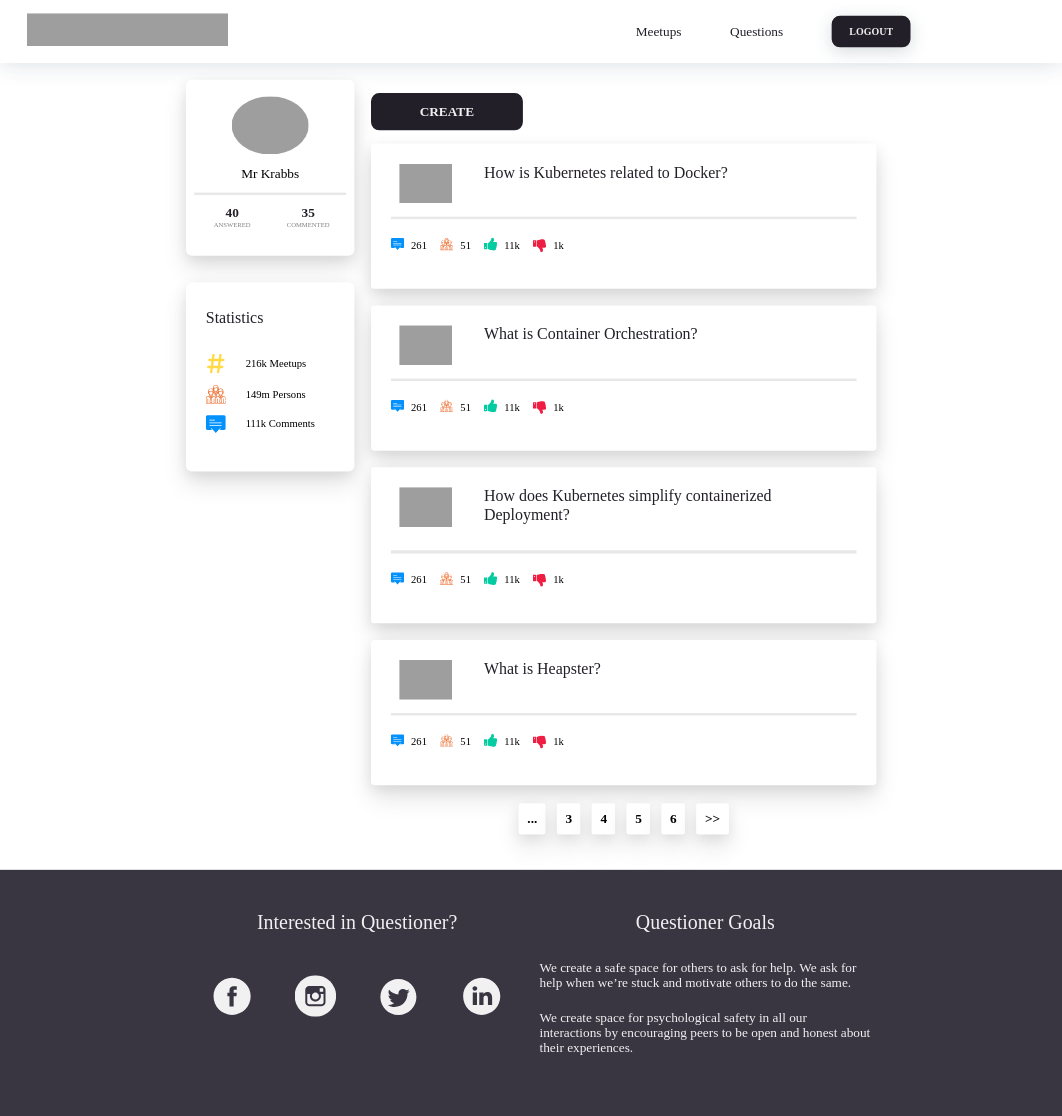
Repository: Gfreedoms/Epic-Mail
Page: pages/admin/profile.html
These files come from the project's save history. The page is drawn as it stood at one moment and after the next save; the edit follows.
The browser window is 1280 px wide. The pictures show the whole page, at 83% of full size.
Pictures or frames that could not be fetched are drawn as grey boxes. Some web fonts or font styles are not loaded; a fallback is used.

Above is the page before, as saved 2019-02-21 23:58:47.

### pages/admin/profile.html
<!DOCTYPE html>
<html lang="en">

<head>
	<meta charset="UTF-8">
	<meta name="viewport" content="width=device-width, initial-scale=1.0">
	<meta http-equiv="X-UA-Compatible" content="ie=edge">
	<link rel="apple-touch-icon" sizes="180x180" href="../../assets/favicon/apple-touch-icon.png">
	<link rel="icon" type="image/png" sizes="32x32" href="../../assets/favicon/favicon-32x32.png">
	<link rel="icon" type="image/png" sizes="16x16" href="../../assets/favicon/favicon-16x16.png">
	<link rel="manifest" href="../../assets/favicon/site.webmanifest">
	<link rel="mask-icon" href="../../assets/favicon/safari-pinned-tab.svg" color="#5bbad5">
	<meta name="msapplication-TileColor" content="#da532c">
	<meta name="theme-color" content="#ffffff">
	<link rel="stylesheet" href="../../styles/base.css">
	<link rel="stylesheet" href="../../styles/format.css">
	<link rel="stylesheet" href="../../styles/profile.css">
	<link rel="stylesheet" href="../../styles/admin.css">
	<title>Admin Profile | QUESTIONER - ANDELA BOOTCAMP</title>
</head>

<body>
	<!-- Navigation Section Starts -->
	<section id="navigation">
		<nav class="navbar">
			<a href="../../" id="nav-brand">
				<img src="../../assets/imgs/logo.svg" alt="">
			</a>
			<ul class="nav-menu">
				<li class="visibility"><a class="hover-t" href="./login.html">Login</a></li>
				<li><a class="hover-t" href="./meetup.html">Meetups</a></li>
				<li><a class="hover-t" href="../questions.html">Questions</a></li>
				<li><a class="reg-btn box-sh-dark hover-lg" href="../../">Logout</a></li>
			</ul>
			<a id="menu" href="">
				<img src="../../assets/imgs/menu.svg" alt="">
			</a>
		</nav>
	</section>
	<!-- Navigation Section Ends -->

	<!-- SideBar Nav -->
	<ul id="sidebar" class="navbar-side side-hidden">
		<li><a href="../meetup.html">Meetups</a></li>
		<li><a href="../questions.html">Questions</a></li>
		<li><a class="" href="../../">Logout</a></li>
	</ul>

	<div class="container">
		<div id="v-wrapper">
			<div class="meta-wrapper">
				<div class="profile card">
					<img class="img mauto" src="https://issagoal.com.ng/wp-content/uploads/2019/01/admin.png" alt="">
					<div class="bio">
						<h3 class="username sm-text">Mr Krabbs</h3>
						<div class="hide-lg stats m1">
							<span>
								<h3 class="sm-text">40</h3>
								Answers
							</span>
							<span>
								<h3 class="sm-text">35</h3>
								Comments
							</span>
						</div>
					</div>
					<div class="divider"></div>
					<div class="hide-sm stats m1">
						<span>
							<h3 class="sm-text">40</h3>
							Answered
						</span>
						<span>
							<h3 class="sm-text">35</h3>
							Commented
						</span>
					</div>
				</div>
				<div class="side">
					<div class="content card">
						<h3 class="md-text">Statistics</h3>
						<ul class="list-items">
							<li>
								<img src="../../assets/imgs/icons/hastag.svg" alt="">
								<span>216k Meetups</span>
							</li>
							<li>
								<img src="../../assets/imgs/icons/people.svg" alt="">
								<span>149m Persons</span>
							</li>
							<li>
								<img src="../../assets/imgs/icons/comment.svg" alt="">
								<span>111k Comments</span>
							</li>
						</ul>
					</div>
				</div>
			</div>
			<div class="meetups">
				<div class="intro">
					<a href="../create-meetup.html" class="btn">Create</a>
				</div>
				<div class="questions card-lg hover-lg">
					<div class="content pall-1">
						<div class="q-title">
							<img class="img mauto" height="2rem" src="https://issagoal.com.ng/wp-content/uploads/2019/01/user4.png" alt="">
							<div class="meta">
								<h3 class="md-text title">How is Kubernetes related to Docker?</h3>
							</div>
						</div>
						<div class="divider"></div>
						<div class="q-actions">
							<span>
								<a><img src="../../assets/imgs/icons/comment.svg" alt=""></a>
								261
							</span>
							<span>
								<a><img src="../../assets/imgs/icons/people.svg" alt=""></a>
								51
							</span>
							<span>
								<a><img src="../../assets/imgs/icons/upvote.svg" alt=""></a>
								11k
							</span>
							<span>
								<a><img src="../../assets/imgs/icons/downvote.svg" alt=""></a>
								1k
							</span>
						</div>
					</div>
				</div>
				<div class="questions card-lg hover-lg">
					<div class="content pall-1">
						<div class="q-title">
							<img class="img mauto" height="2rem" src="https://issagoal.com.ng/wp-content/uploads/2019/01/user1.png" alt="">
							<div class="meta">
								<h3 class="md-text title">What is Container Orchestration?</h3>
							</div>
						</div>
						<div class="divider"></div>
						<div class="q-actions">
							<span>
								<a><img src="../../assets/imgs/icons/comment.svg" alt=""></a>
								261
							</span>
							<span>
								<a><img src="../../assets/imgs/icons/people.svg" alt=""></a>
								51
							</span>
							<span>
								<a><img src="../../assets/imgs/icons/upvote.svg" alt=""></a>
								11k
							</span>
							<span>
								<a><img src="../../assets/imgs/icons/downvote.svg" alt=""></a>
								1k
							</span>
						</div>
					</div>
				</div>
				<div class="questions card-lg hover-lg">
					<div class="content pall-1">
						<div class="q-title">
							<img class="img mauto" height="2rem" src="https://issagoal.com.ng/wp-content/uploads/2019/01/user.png" alt="">
							<div class="meta">
								<h3 class="md-text title">How does Kubernetes simplify containerized Deployment?</h3>
							</div>
						</div>
						<div class="divider"></div>
						<div class="q-actions">
							<span>
								<a><img src="../../assets/imgs/icons/comment.svg" alt=""></a>
								261
							</span>
							<span>
								<a><img src="../../assets/imgs/icons/people.svg" alt=""></a>
								51
							</span>
							<span>
								<a><img src="../../assets/imgs/icons/upvote.svg" alt=""></a>
								11k
							</span>
							<span>
								<a><img src="../../assets/imgs/icons/downvote.svg" alt=""></a>
								1k
							</span>
						</div>
					</div>
				</div>
				<div class="questions card-lg hover-lg">
					<div class="content pall-1">
						<div class="q-title">
							<img class="img mauto" height="2rem" src="https://issagoal.com.ng/wp-content/uploads/2019/01/user3.png" alt="">
							<div class="meta">
								<h3 class="md-text title">What is Heapster?</h3>
							</div>
						</div>
						<div class="divider"></div>
						<div class="q-actions">
							<span>
								<a><img src="../../assets/imgs/icons/comment.svg" alt=""></a>
								261
							</span>
							<span>
								<a><img src="../../assets/imgs/icons/people.svg" alt=""></a>
								51
							</span>
							<span>
								<a><img src="../../assets/imgs/icons/upvote.svg" alt=""></a>
								11k
							</span>
							<span>
								<a><img src="../../assets/imgs/icons/downvote.svg" alt=""></a>
								1k
							</span>
						</div>
					</div>
				</div>
				<div class="pagination">
					<span class="card hover-lg hover-t">...</span>
					<span class="card hover-lg hover-t">3</span>
					<span class="card hover-lg hover-t">4</span>
					<span class="card hover-lg hover-t">5</span>
					<span class="card hover-lg hover-t">6</span>
					<span class="card hover-lg hover-t">>></span>
				</div>
			</div>
		</div>
	</div>

	<footer class="bg-secondary">
		<div class="container">
			<div class="info-about">
				<h3 class="md-text">Interested in Questioner?</h3>
				<div class="social-links">
					<a><img src="../../assets/imgs/icons/facebook.svg" alt=""></a>
					<a><img src="../../assets/imgs/icons/instagram.svg" alt=""></a>
					<a><img src="../../assets/imgs/icons/twitter.svg" alt=""></a>
					<a><img src="../../assets/imgs/icons/linkedin.svg" alt=""></a>
				</div>
			</div>
			<div class="additional-info">
				<h3 class="md-text">Questioner Goals</h3>
				<p class="sm-text">
					We create a safe space for others to ask for help.
					We ask for help when we’re stuck and motivate others to do the same.
				</p>
				<p class="sm-text">
					We create space for psychological safety in all our interactions by encouraging peers to be open and honest about
					their experiences.
				</p>
			</div>
		</div>
	</footer>
	<script src="../../scripts/index.js"></script>
	<script src="../../scripts/admin.js"></script>
</body>

</html>

### styles/format.css
.is-danger {
	color: red;
}

.divider {
	height: 0.2rem;
	background: #221F28;
	opacity: 0.1;
	margin: 1rem auto;
	width: 100%;
}

table {
	width: 750px;
	border-collapse: collapse;
	margin: 50px auto;
}

/* Zebra striping */
tr:nth-of-type(odd) {
	background: #eee;
}

th {
	background: #221F28;
	color: white;
	font-weight: bold;
}

td,
th {
	padding: 10px;
	border: 1px solid #ccc;
	text-align: left;
	font-size: 18px;
}

@media only screen and (max-width: 760px),
(min-device-width: 768px) and (max-device-width: 1024px) {

	table {
		width: 100%;
	}

	/* Force table to not be like tables anymore */
	table,
	thead,
	tbody,
	th,
	td,
	tr {
		display: block;
	}

	thead tr {
		position: absolute;
		top: -9999px;
		left: -9999px;
	}

	tr {
		border: 1px solid #ccc;
	}

	td {
		border: none;
		border-bottom: 1px solid #eee;
		position: relative;
		padding-left: 50%;
	}

	td:before {
		position: absolute;
		/* Top/left values mimic padding */
		top: 6px;
		left: 6px;
		width: 45%;
		padding-right: 10px;
		white-space: nowrap;
		/* Label the data */
		content: attr(data-column);

		color: #000;
		font-weight: bold;
	}

	tbody tr {
		padding: 1rem;
	}
}

.m1 {
	margin-top: 0.8rem !important;
	margin-bottom: 0.8rem !important;
}

.pagination {
	text-align: center;
	margin: 2rem auto;
}

.pagination span {
	padding: 10px;
	border-radius: 2px;
	font-family: 'Circular-Book';
	font-weight: 600;
	font-size: 1rem;
	margin: 0 5px;
}

@media screen and (min-width: 1680px) {
	.reg-btn {
		padding: 1.5rem 1.6rem 1.5rem;
		font-size: 1rem;
	}

	.input {
		margin-top: 2rem;
	}

	.nav-menu a.hover-t {
		font-size: 1.4rem !important;
	}
}

### styles/profile.css
#v-wrapper {
	display: grid;
	grid-template-columns: 1fr 3fr;
	grid-gap: 20px;
	padding: 20px 0;
}

.profile {
	display: grid;
	padding: 20px 10px;
}

.profile.user {
	max-height: 25%;
}

#v-wrapper>div.profile.card>div.divider {
	width: 100%;
}

.stats {
	display: grid;
	grid-template-columns: 1fr 1fr;
}

.stats h3 {
	color: #221F28;
	font-weight: 800;
	font-family: "Circular-Book";
}

.profile .img {
	height: 70px;
	border-radius: 50%;
}

.profile span {
	text-align: center;
	font-size: 0.5rem;
	color: grey;
	text-transform: uppercase;
}

span .sm-text {
	margin-bottom: 0;
}

.questions {
	padding: 1.5rem;
	margin-bottom: 20px;
}

.questions h3 {
	color: #221F28;
	margin-bottom: 1rem;
}

.questions .divider {
	margin-left: 0;
	margin-top: 0.5rem;
}

.q-link h3 {
	font-family: 'Circular-Book';
	font-weight: 800;
	font-size: 0.7rem;
	text-transform: uppercase;
	text-decoration: underline;
	color: #00cea0;
}

.q-link:hover h3 {
	color: #F01D43;
}

.q-actions {
	display: block;
	margin: 20px 0;
	height: auto;
}

.q-actions img {
	height: 1rem;
	position: relative;
	top: 2px;
}

.q-actions span {
	margin-right: 1rem;
	font-family: 'Circular-Book';
	font-size: 0.8rem;
}

.q-actions span a {
	margin-right: 5px;
}

.q-actions span:nth-child(2) img,
.q-actions span:nth-child(3) img {
	position: relative;
	top: 2px;
}

.q-actions span:nth-child(4) img {
	position: relative;
	top: 4px;
}

.divider {
	margin-bottom: 0;
	margin-top: 0.5rem;
}

.username {
	color: inherit;
	font-family: 'Circular-Book';
	text-align: center;
	margin: 15px 0 5px;
}

.meta-wrapper {
	grid-template-rows: 1fr 9fr;
}

.list-items {
	text-decoration: none;
}

.list-items li {
	display: grid;
	grid-template-columns: 1fr 9fr;
	margin: 0.8rem 0;
}

.list-items span {
	font-family: 'Circular-Book';
	font-size: 0.8rem;
	position: relative;
	top: 5px;
	margin-left: 1.5rem;

}

.list-items img {
	height: 1.5rem;
}

div.content.card {
	padding: 2rem 1.5rem;
	margin-bottom: 20px;
}

.content .md-text {
	color: #221F28;
	font-size: 1.2rem;
}

.actions {
	/* width: 0%; */
	display: grid;
	grid-template-columns: 0.5fr 1fr 1fr;
	grid-gap: 10px;
	align-items: center;
}

.actions h3 {
	margin-bottom: 0;
}

.actions a {
	font-family: 'Circular-Book';
	font-size: 0.8rem;
	padding: 0.5rem 0.6rem;
	text-align: center;
	color: #fff;
	border-radius: 10px;
}

@media (min-width: 1680px) {
	.profile {
		height: 300px !important;
	}

	.profile span {
		font-size: 0.8rem;
		margin: 10px 0 0;
		font-weight: 800;
	}

	.list-items span {
		font-family: 'Circular-Book' !important;
		font-size: 1rem !important;
	}
}

.q-title {
	display: grid;
	grid-template-columns: 15% 80%;
	grid-gap: 5%;
	margin-bottom: 1rem;
}

.q-title img {
	height: 3rem;
}

@media (max-width: 576px) {
	.profile.user {
		max-height: 200px;
	}

	.q-actions {
		display: grid;
		grid-template-columns: 1fr;
		grid-row-gap: 3px;
	}

	#v-wrapper {
		grid-template-columns: 1fr;
	}

	#v-wrapper .divider {
		display: none;
	}

	.profile {
		padding: 20px 10px;
		height: auto;
		grid-template-columns: 1fr 2fr;
	}

	.stats {
		align-items: flex-end;
	}
}

### styles/admin.css
.intro a {
	width: 30%;
}

.intro h3 {
	color: #221F28;
	margin-bottom: 1rem;
}

.btn {
	background: #221F28;
	color: #F1F1F2;
	padding: 1rem 0;
	margin: 1rem 0;
	text-transform: uppercase;
	font-size: 1rem;
	border-radius: 10px;
	-webkit-border-radius: 10px;
	-moz-border-radius: 10px;
}

.q-actions {
	display: flex;
	flex-direction: row;
	margin: 20px 0;
	height: auto;
}

.q-actions img {
	height: 1rem;
	position: relative;
	top: 2px;
}

.q-actions span {
	margin-right: 1rem;
	font-family: 'Circular-Book';
	font-size: 0.8rem;
}

.q-actions span a {
	margin-right: 5px;
}

.q-actions span:nth-child(2) img,
.q-actions span:nth-child(3) img {
	position: relative;
	top: 2px;
}

.q-actions span:nth-child(4) img {
	position: relative;
	top: 4px;
}

.divider {
	margin-bottom: 0;
	margin-top: 0.5rem;
}

.username {
	color: inherit;
	font-family: 'Circular-Book';
	text-align: center;
	margin: 15px 0 5px;
}

.meta-wrapper {
	grid-template-rows: 1fr 9fr;
}

.list-items {
	text-decoration: none;
}

.list-items li {
	display: grid;
	grid-template-columns: 1fr 9fr;
	margin: 0.8rem 0;
}

.list-items span {
	font-family: 'Circular-Book';
	font-size: 0.8rem;
	position: relative;
	top: 5px;
	margin-left: 1.5rem;

}

.list-items img {
	height: 1.5rem;
}

div.content.card {
	padding: 2rem 1.5rem;
	margin-bottom: 20px;
}

.content .md-text {
	color: #221F28;
	font-size: 1.2rem;
}

.actions {
	/* width: 0%; */
	display: grid;
	grid-template-columns: 0.5fr 1fr 1fr;
	grid-gap: 10px;
	align-items: center;
}

.actions h3 {
	margin-bottom: 0;
}

.actions a {
	font-family: 'Circular-Book';
	font-size: 0.8rem;
	padding: 0.5rem 0.6rem;
	text-align: center;
	color: #fff;
	border-radius: 10px;
}

### styles/fonts.css
@font-face {
	font-family: "Circular-Light";
	src:
		url("../assets/fonts/Circular-Light.woff") format("woff");
}
@font-face {
	font-family: "Circular-Book";
	src:
		url("../assets/fonts/Circular-Book.woff") format("woff");
}
@font-face {
	font-family: "Circular-Bold";
	src:
		url("../assets/fonts/Circular-Bold.woff") format("woff");
}

* {
	font-family: 'Circular-Light';
}

Loaded but not shown: scripts/index.js (10 lines, source omitted); scripts/admin.js (9 lines, source omitted); styles/base.css (736 lines, source omitted)

After the next save:
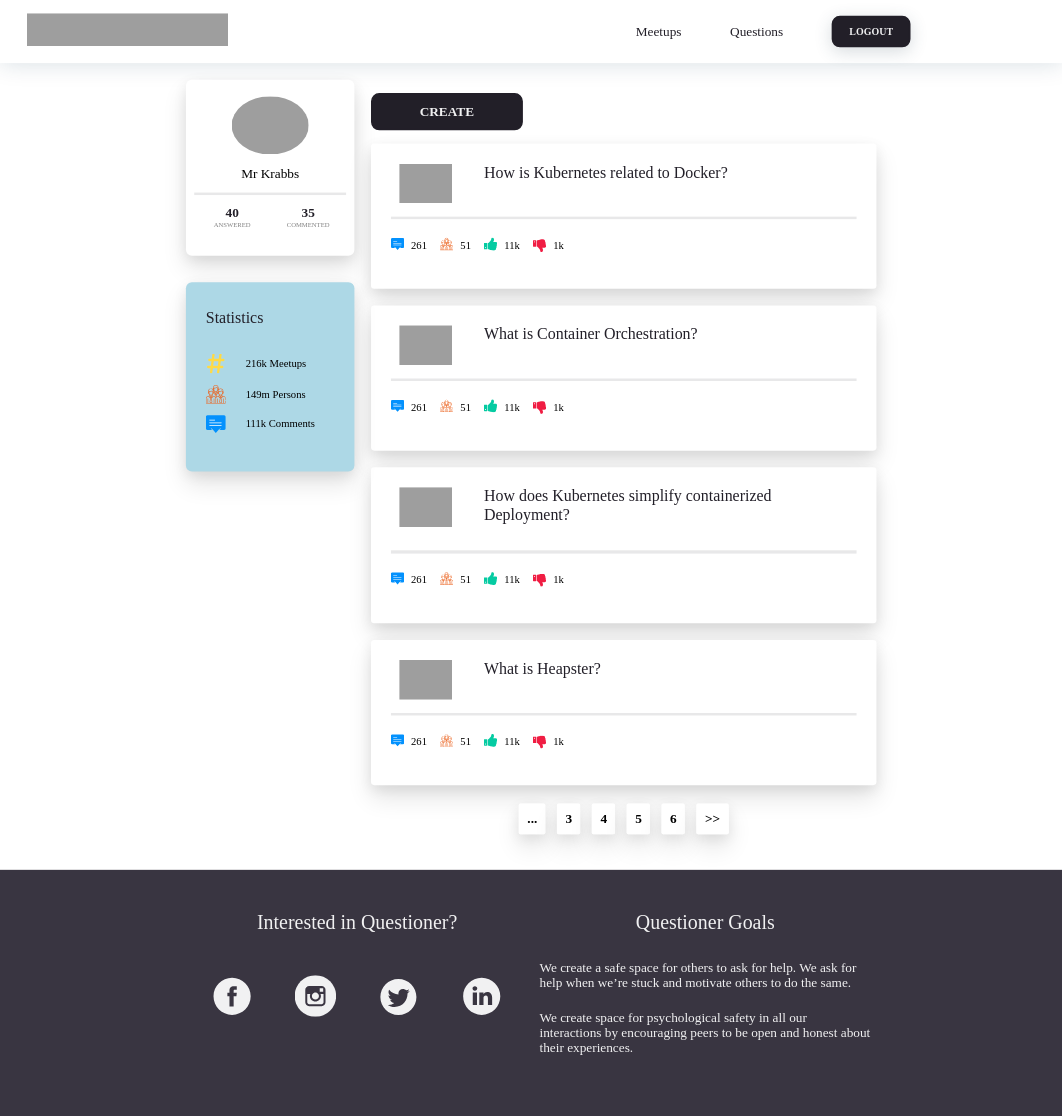
Saved 5 min 20 s later.
--- a/styles/admin.css
+++ b/styles/admin.css
@@ -93,6 +93,7 @@
 }
 
 div.content.card {
+	background: lightblue;
 	padding: 2rem 1.5rem;
 	margin-bottom: 20px;
 }
